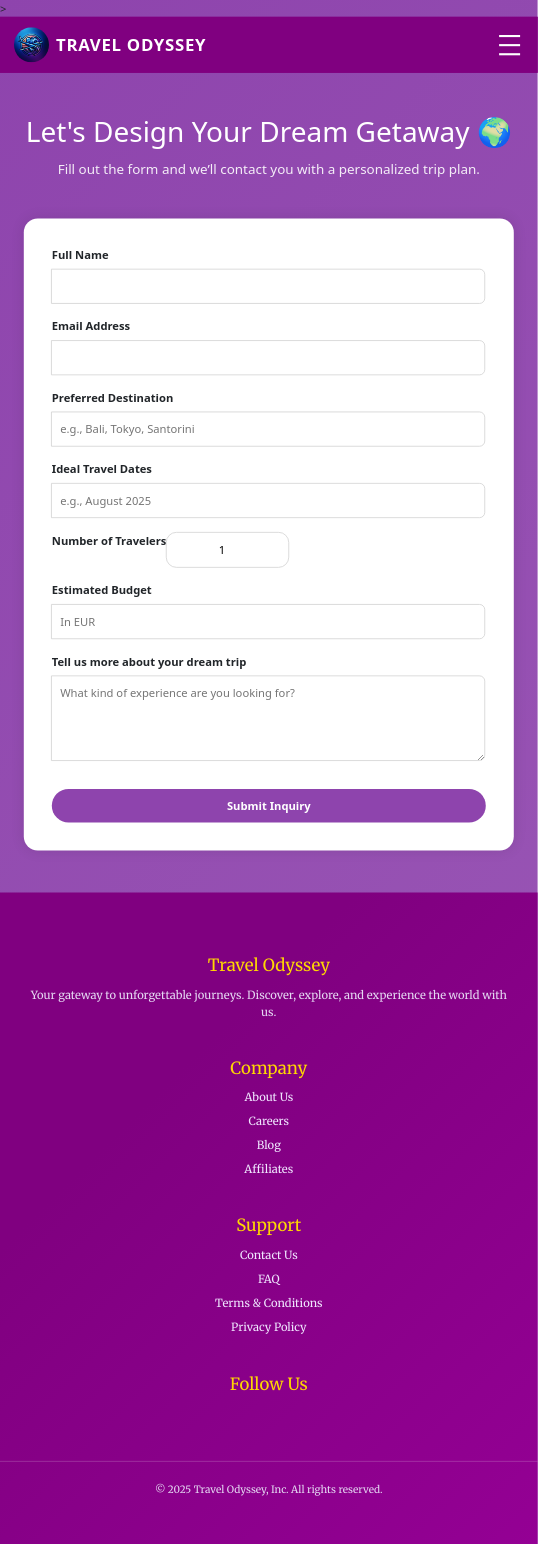
Repository: GHzPhoenix/Project-Odyssey
Page: Frontend/dream.html
The author's editor kept a copy of each file at every save. The page is drawn from the files as they stood at one save, then again after the next save.
The browser window is 768 px wide. The pictures show the whole page, at 70% of full size.

Above is the page before, as saved 2025-06-09 01:26:09.

### Frontend/dream.html
<!DOCTYPE html>
<html lang="en">
  <head>
    <meta charset="UTF-8" />
    <meta name="viewport" content="width=device-width, initial-scale=1.0" />
    <title>Plan Your Dream Trip – Travel Odyssey</title>
    <link rel="stylesheet" href="/Frontend/css/style.css" />
    <link rel="stylesheet" href="/Frontend/css/dream.css" />
    <link rel="preconnect" href="https://fonts.googleapis.com" />
    >
    <link rel="preconnect" href="https://fonts.gstatic.com" crossorigin />
    <link
      href="https://fonts.googleapis.com/css2?family=Merriweather:wght@300;400;700&display=swap"
      rel="stylesheet"
    />
    <link
      href="https://cdn.jsdelivr.net/npm/bootstrap@5.3.3/dist/css/bootstrap.min.css"
      rel="stylesheet"
      crossorigin="anonymous"
    />
  </head>
  <body>
    <header>
      <nav>
        <div class="logo">
          <img src="/Frontend/assets/your-logo.png" alt="Logo" />
          Travel Odyssey
        </div>
        <div class="menu-toggle" onclick="toggleMenu()">
          <div></div>
          <div></div>
          <div></div>
        </div>
        <ul class="nav-menu">
          <li><a href="index.html">Home</a></li>
          <li><a href="deals.html">Deals</a></li>
          <li class="dropdown-parent">
            <a href="#">Services ▼</a>
            <div class="dropdown">
              <a href="membership.html">Memberships</a>
              <a href="dream.html">Plan your Trip</a>
              <a href="client-area.html">Client Area</a>
            </div>
          </li>
          <li><a href="contact.html">Contact</a></li>
          <li><a href="signup.html" class="signup-btn">Sign Up</a></li>
        </ul>
      </nav>
    </header>

    <main>
      <section class="dream-intro">
        <h2>Let's Design Your Dream Getaway 🌍</h2>
        <p>
          Fill out the form and we’ll contact you with a personalized trip plan.
        </p>
      </section>

      <section class="dream-form">
        <form id="dreamtrip-form">
          <div class="input-group">
            <label for="name">Full Name</label>
            <input type="text" id="name" name="name" required />
          </div>
          <div class="input-group">
            <label for="email">Email Address</label>
            <input type="email" id="email" name="email" required />
          </div>
          <div class="input-group">
            <label for="destination">Preferred Destination</label>
            <input
              type="text"
              id="destination"
              name="destination"
              placeholder="e.g., Bali, Tokyo, Santorini"
              required
            />
          </div>
          <div class="input-group">
            <label for="dates">Ideal Travel Dates</label>
            <input
              type="text"
              id="dates"
              name="dates"
              placeholder="e.g., August 2025"
              required
            />
          </div>
          <div class="input-group">
            <label for="guests">Number of Travelers</label>
            <input
              type="number"
              id="guests"
              name="guests"
              min="1"
              value="1"
              required
            />
          </div>
          <div class="input-group">
            <label for="budget">Estimated Budget</label>
            <input
              type="number"
              id="budget"
              name="budget"
              placeholder="In EUR"
              min="100"
              required
            />
          </div>
          <div class="input-group">
            <label for="preferences">Tell us more about your dream trip</label>
            <textarea
              id="preferences"
              name="preferences"
              rows="4"
              placeholder="What kind of experience are you looking for?"
            ></textarea>
          </div>
          <div class="button-container">
            <button id="contact" class="submit" type="submit">
              Submit Inquiry
            </button>
          </div>
        </form>
      </section>
    </main>

    <footer class="footer">
      <div class="footer-container">
        <div class="footer-section">
          <h3>Travel Odyssey</h3>
          <p>
            Your gateway to unforgettable journeys. Discover, explore, and
            experience the world with us.
          </p>
        </div>
        <div class="footer-section">
          <h3>Company</h3>
          <ul>
            <li><a href="aboutus.html">About Us</a></li>
            <li><a href="careers.html">Careers</a></li>
            <li><a href="blog.html">Blog</a></li>
            <li><a href="affiliates.html">Affiliates</a></li>
          </ul>
        </div>
        <div class="footer-section">
          <h3>Support</h3>
          <ul>
            <li><a href="contact.html">Contact Us</a></li>
            <li><a href="faq.html">FAQ</a></li>
            <li><a href="terms.html">Terms & Conditions</a></li>
            <li><a href="privacy.html">Privacy Policy</a></li>
          </ul>
        </div>
        <div class="footer-section">
          <h3>Follow Us</h3>
          <div class="social-icons">
            <a href="#"><i class="fab fa-facebook"></i></a>
            <a href="#"><i class="fab fa-instagram"></i></a>
            <a href="#"><i class="fab fa-twitter"></i></a>
            <a href="#"><i class="fab fa-youtube"></i></a>
          </div>
        </div>
      </div>
      <hr />
      <div class="footer-bottom">
        <p>© 2025 Travel Odyssey, Inc. All rights reserved.</p>
      </div>
    </footer>

    <script>
      function toggleMenu() {
        document.querySelector(".nav-menu").classList.toggle("active");
      }
      document
        .getElementById("dreamtrip-form")
        .addEventListener("submit", async (e) => {
          e.preventDefault();
          const f = e.target;
          const body = {
            name: f.name.value.trim(),
            email: f.email.value.trim(),
            destination: f.destination.value.trim(),
            dates: f.dates.value.trim(),
            guests: parseInt(f.guests.value, 10),
            budget: parseFloat(f.budget.value),
            preferences: f.preferences.value.trim(),
          };
          try {
            const res = await fetch("http://127.0.0.1:5001/api/inquiries", {
              method: "POST",
              headers: { "Content-Type": "application/json" },
              body: JSON.stringify(body),
            });
            if (!res.ok) throw await res.json();
            alert(
              "Inquiry saved! Our team will try to make your dream trip a reality."
            );
            f.reset();
          } catch (err) {
            alert(err.error || "Submission failed");
          }
        });
    </script>
  </body>
</html>

### Frontend/css/dream.css
body {
  font-family: "Merriweather", serif;
  margin: 0;
  padding: 0;
  background: linear-gradient(135deg, #8e44ad, #9b59b6);
  color: #333;
}

main {
  padding: 60px 20px;
  display: flex;
  flex-direction: column;
  align-items: center;
  text-align: center;
}

.dream-intro {
  max-width: 700px;
  margin-bottom: 40px;
  color: white;
}

.dream-intro h2 {
  font-size: 2.5rem;
  margin-bottom: 15px;
}

.dream-intro p {
  font-size: 1.2rem;
  opacity: 0.9;
}

.dream-form {
  background: #fff;
  padding: 40px;
  border-radius: 20px;
  max-width: 700px;
  width: 100%;
  box-shadow: 0 0 20px rgba(0, 0, 0, 0.1);
}

.input-group {
  margin-bottom: 20px;
  text-align: left;
}

.input-group label {
  display: block;
  margin-bottom: 8px;
  font-weight: 600;
}

.input-group input,
.input-group textarea {
  width: 100%;
  padding: 12px;
  border-radius: 8px;
  border: 1px solid #ccc;
  font-size: 1rem;
}

.button-container {
  text-align: center;
}

.submit {
  background: #8e44ad;
  color: #fff;
  border: none;
  padding: 12px 30px;
  font-size: 1rem;
  border-radius: 30px;
  cursor: pointer;
  transition: background 0.3s ease;
}

.submit:hover {
  background: #732d91;
}

Loaded but not shown: Frontend/css/style.css (1111 lines, source omitted)

After the next save:
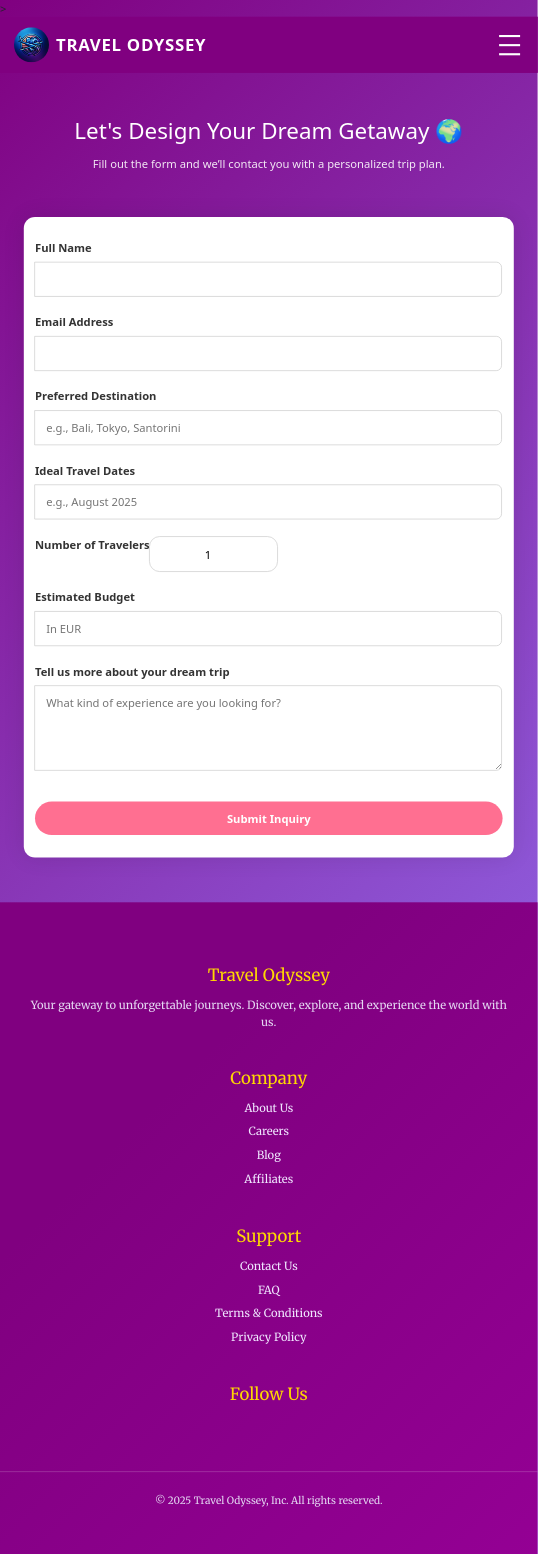
Saved 2 min 17 s later.
--- a/Frontend/css/dream.css
+++ b/Frontend/css/dream.css
@@ -1,13 +1,24 @@
+@import url("https://fonts.googleapis.com/css2?family=Merriweather:wght@300;400;700&display=swap");
+
+:root {
+  --primary: purple;
+  --primary-light: #947fff;
+  --accent: #ff6f91;
+  --text-dark: #333;
+  --bg-light: #f4f4f9;
+  --white: #fff;
+}
+
 body {
   font-family: "Merriweather", serif;
   margin: 0;
   padding: 0;
-  background: linear-gradient(135deg, #8e44ad, #9b59b6);
-  color: #333;
+  background: linear-gradient(135deg, var(--primary), var(--primary-light));
+  color: var(--text-dark);
 }
 
 main {
-  padding: 60px 20px;
+  padding: 4rem 1rem;
   display: flex;
   flex-direction: column;
   align-items: center;
@@ -16,13 +27,13 @@ main {
 
 .dream-intro {
   max-width: 700px;
-  margin-bottom: 40px;
-  color: white;
+  margin-bottom: 3rem;
+  color: var(--white);
 }
 
 .dream-intro h2 {
   font-size: 2.5rem;
-  margin-bottom: 15px;
+  margin-bottom: 1rem;
 }
 
 .dream-intro p {
@@ -31,30 +42,31 @@ main {
 }
 
 .dream-form {
-  background: #fff;
-  padding: 40px;
-  border-radius: 20px;
+  background: var(--white);
+  padding: 2.5rem;
+  border-radius: 1rem;
   max-width: 700px;
   width: 100%;
-  box-shadow: 0 0 20px rgba(0, 0, 0, 0.1);
+  box-shadow: 0 0 2rem rgba(0, 0, 0, 0.1);
 }
 
 .input-group {
-  margin-bottom: 20px;
+  margin-bottom: 1.5rem;
   text-align: left;
 }
 
 .input-group label {
   display: block;
-  margin-bottom: 8px;
+  margin-bottom: 0.5rem;
   font-weight: 600;
+  color: var(--text-dark);
 }
 
 .input-group input,
 .input-group textarea {
   width: 100%;
-  padding: 12px;
-  border-radius: 8px;
+  padding: 0.75rem 1rem;
+  border-radius: 0.5rem;
   border: 1px solid #ccc;
   font-size: 1rem;
 }
@@ -64,16 +76,29 @@ main {
 }
 
 .submit {
-  background: #8e44ad;
-  color: #fff;
+  background: var(--accent);
+  color: var(--white);
   border: none;
-  padding: 12px 30px;
+  padding: 0.75rem 2rem;
   font-size: 1rem;
-  border-radius: 30px;
+  border-radius: 2rem;
   cursor: pointer;
-  transition: background 0.3s ease;
+  transition: background 0.3s ease, transform 0.2s ease;
 }
 
 .submit:hover {
-  background: #732d91;
+  background: #d54a93;
+  transform: translateY(-2px);
 }
+
+@media (max-width: 768px) {
+  .dream-form {
+    padding: 2rem 1rem;
+  }
+  .dream-intro h2 {
+    font-size: 2rem;
+  }
+  .dream-intro p {
+    font-size: 1rem;
+  }
+}
